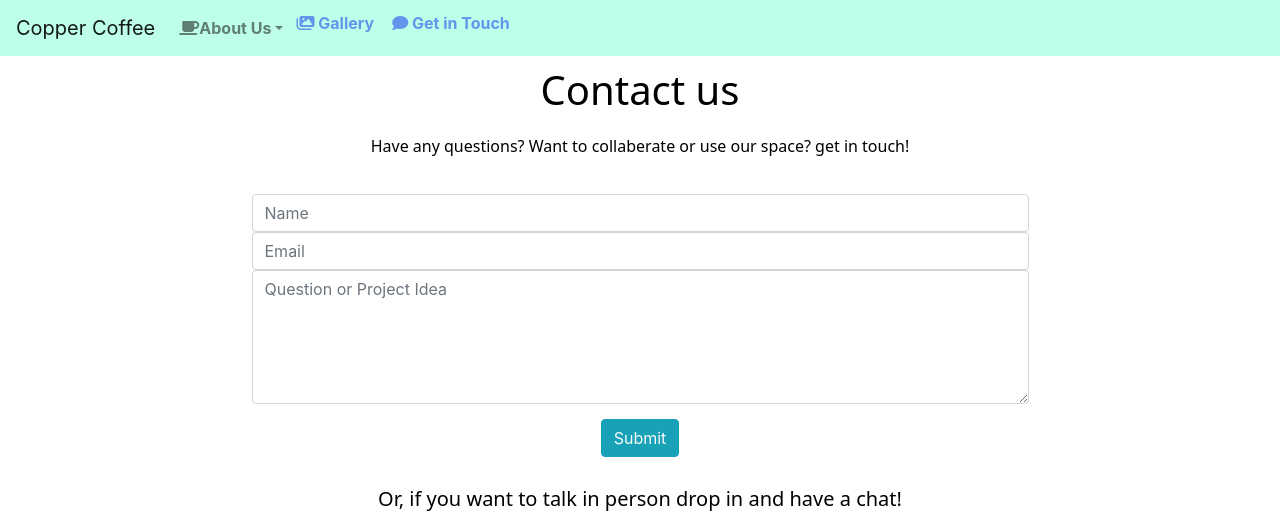
Repository: Matt-F90/milestone
Page: contact.html
The author's editor kept a record of every edit. The page is drawn from the files as they stood at one moment, then again after the next edit.
The browser window is 1280 px wide. The pictures show the part of the page from y = 0 to 521 px (the page is 1120 px tall before and 1112 px after).
Pictures or frames that could not be fetched are drawn as grey boxes. Some web libraries are served in a nearby version.

Above is the page before.
Console error: TypeError: Cannot read properties of undefined (reading 'fn')

### contact.html
<!DOCTYPE html>
<html lang="en">

<head>
    <meta charset="UTF-8">
    <meta name="viewport" content="width=device-width, initial-scale=1.0">
    <meta http-equiv="X-UA-Compatible" content="ie=edge">
    <title>Copper Coffee London</title>

    <link rel="stylesheet" href="https://stackpath.bootstrapcdn.com/bootstrap/4.1.3/css/bootstrap.min.css" integrity="sha384-MCw98/SFnGE8fJT3GXwEOngsV7Zt27NXFoaoApmYm81iuXoPkFOJwJ8ERdknLPMO" crossorigin="anonymous">
    <script src="https://stackpath.bootstrapcdn.com/bootstrap/4.1.3/js/bootstrap.min.js" integrity="sha384-ChfqqxuZUCnJSK3+MXmPNIyE6ZbWh2IMqE241rYiqJxyMiZ6OW/JmZQ5stwEULTy" crossorigin="anonymous"></script>
    <script src="https://kit.fontawesome.com/f919e2be21.js" crossorigin="anonymous"></script>
    <link href="https://fonts.googleapis.com/css?family=Noto+Sans:400,700&display=swap" rel="stylesheet">
    <link rel="stylesheet" href="css/style.css" type="text/css" />
</head>

<body>

    <!------------------------------------------------------------------------------------nav--->
    <div class="navbar-container">

        <nav class="navbar navbar-light navbar-expand-sm">
            <a href="index.html" class="navbar-brand">Copper Coffee</a>


            <button class="navbar-toggler ml-auto" type="button" data-toggle="collapse" data-target="#navbarNavDropdown" aria-controls="navbarNavDropdown" aria-expanded="false" aria-lable="toggle navigation">
           <span class="navbar-toggler-icon"></span></button>

            <div class="collapse navbar-collapse" id=navbarNavDropdown>
                <ul class="navbar-nav mr-auto">
                    <li class="nav-item dropdown">
                        <a class="nav-link dropdown-toggle" href="about.html" id="navbarDropdownMenuLink" role="button" data-toggle="dropdown" aria-haspopup="true" aria-expanded="false"><i class="fas fa-coffee"></i>About Us</a>
                        <div class="dropdown-menu" aria-labelledby="navbarDropdownMenuLink">
                            <a class="dropdown-item" href="#">Our Story</a>
                            <a class="dropdown-item" href="#">Meet the Team</a>
                            <a class="dropdown-item" href="#">Find the Store</a>
                        </div>
                    </li>
                    <li class="nav-item mr-2"><a class "nav-link" href="gallery.html"><i class="fas fa-images"></i> Gallery</a></li>
                    <li class="nav-item mr-2"><a class "nav-link" href="contact.html"><i class="fas fa-comment"></i> Get in Touch</a></li>
                </ul>
            </div>
        </nav>
    </div>

    <!---------------------------------------------------------------------------------------------div--->
    <div class="container content-container">
        <h1 class="general-sub">Contact us</h1>
        <p class="general-sub">Have any questions? Want to collaberate or use our space? get in touch!</p>
        <div class="center-form">
            <form>
                <input type="text" name="name" id="fullname" class="form-control" placeholder="Name" required />
                <input type="text" name="email" id="emailaddress" class="form-control" placeholder="Email" required />
                <textarea rows="5" name="projectsummary" id="projectsummary" placeholder="Question or Project Idea" class="form-control" required></textarea>
                <div class="form-row text-center">
                    <div class="col">
                        <button type="submit" class="btn btn-info">Submit</button>
                    </div>
                </div>
            </form>
            <div class="container map-container">
                <h5 class="general-sub">Or, if you want to talk in person drop in and have a chat!</h5>
                <div class="row">
                    <div class="col-6 col-md-6">
                        <iframe src="https://www.google.com/maps/embed?pb=!1m18!1m12!1m3!1d9931.760426840105!2d-0.07403769999998926!3d51.514314799999994!2m3!1f0!2f0!3f0!3m2!1i1024!2i768!4f13.1!3m3!1m2!1s0x0%3A0xa4742878230d11f1!2sCopper%20Coffee!5e0!3m2!1sen!2suk!4v1570699680400!5m2!1sen!2suk"
                            width="600" height="450" frameborder="0" style="border:0;" allowfullscreen=""></iframe>
                       </div>
                        <div class="col-6 col-md-6 opening-times">
                                <h5>Opening Times</h5>
                                <p>
                                    Monday 7am - 6pm
                                </p>
                                <p>
                                    Tuesday 7am - 6pm
                                </p>
                                <p>
                                    Wednesday 7am - 6pm
                                </p>
                                <p>
                                    Thursday 7am - 6pm
                                </p>
                                <p>
                                    Friday 7am - 6pm
                                </p>
                                <p>
                                    Saturday 8am - 5pm
                                </p>
                                <p>
                                    Sunday Closed
                                </p>
                            </div>
                </div>
            </div>


        </div>

        <!----------------------------------------------------------------footer------------>

        <footer class="container-fluid">
            <div id="footer-details" class="row">
                <div class="col-sm-4">
                    <h5 class="gernal-sub uppercase">copywrite</h5>
                    <p class="inline-block">
                        copywrite Copper Coffee ltd
                    </p>
                </div>
                <div class="col-sm-4">
                    <h5 class="gernal-sub uppercase">contact</h5>
                    <p class="inline-block">
                        phone:0775346829
                    </p>
                </div>
                <div class="col-sm-4">
                    <h5 class="gernal-sub uppercase">social</h5>
                    <ul class="list-inline social-links">
                        <li class="list-inline-item">
                            <a target="_blank" href="#">
                        <i class="fab fa-instagram" aria-hidden="true"></i></a>
                            <span class="sr-only">instagram</span>
                        </li>
                        <li class="list-inline-item">
                            <a target="_blank" href="#">
                        <i class="fab fa-facebook-f" aria-hidden="true"></i></a>
                            <span class="sr-only">facebook</span>
                        </li>
                        <li class="list-inline-item">
                            <a target="_blank" href="#">
                        <i class="fab fa-twitter" aria-hidden="true"></i></a>
                            <span class="sr-only">twitter</span>
                        </li>
                    </ul>
                </div>
            </div>

        </footer>

        <script src="https://code.jquery.com/jquery-3.3.1.slim.min.js" integrity="sha384-q8i/X+965DzO0rT7abK41JStQIAqVgRVzpbzo5smXKp4YfRvH+8abtTE1Pi6jizo" crossorigin="anonymous"></script>
        <script src="https://cdnjs.cloudflare.com/ajax/libs/popper.js/1.14.3/umd/popper.min.js" integrity="sha384-ZMP7rVo3mIykV+2+9J3UJ46jBk0WLaUAdn689aCwoqbBJiSnjAK/l8WvCWPIPm49" crossorigin="anonymous"></script>
        <script src="https://stackpath.bootstrapcdn.com/bootstrap/4.1.3/js/bootstrap.min.js" integrity="sha384-ChfqqxuZUCnJSK3+MXmPNIyE6ZbWh2IMqE241rYiqJxyMiZ6OW/JmZQ5stwEULTy" crossorigin="anonymous"></script>
</body>

</html>

### css/style.css
/*----navbar....*/

.navbar-contaner {
    position: absolute;
    top: 0;
    left: 0;
    padding-left: 0;
    padding-right: 0;
}

.navbar {
    margin-bottom: 0;
    border: 0;
    width: 100%;
    background-color: rgba(127, 255, 212, 0.5);
}

.navbar .navbar-toggler {
    border: 0;
}

.navbar .navbar-nav a {
    font-weight: 700;
    color: #6495ED;
    padding: 5px;
}

.navbar .navbar-nav a:hover {
    color: rgb(0, 0, 255);
    transition: 1s
}

/*----index....*/

.imgheight {
   height: 540px;
   width: 540px;
}

/*----special padding, margins text....*/

h1,
h2,
h3,
h4 {
    margin: 0;
}

.uppercase {
    text-transform: uppercase;
}

.general-sub {
    font-family: 'Noto Sans', sans-serif;
    font-weight: 300;
    color: black;
    padding: 10px;
    text-align: center;
}

.inline-block {
    display: inline-block;
}

/*----footer....*/

footer {
    background-color: rgba(127, 255, 212, 0.5);
    color: #6495ED;
    min-height: 120px;
    margin: 0;
    width: 100%
}

.social-links {
    padding-bottom: 15px;
}

.social-links li a i {
    width: 32px;
    height: 32px;
    padding: 12px 0;
    border-radius: 50%;
    font-size: 13px;
    line-height: 7px;
    text-align: center;
    color: #fafafa;
    background-color: #6495ED;
    -moz-transition: all 0.35s ease-in-out;
    -webkit-transition: all 0.35s ease-in-out;
    -o-transition: all 0.35s ease-in-out;
}

.social-links li a i:hover {
    width: 32px;
    height: 32px;
    padding: 12px 0;
    border-radius: 50%;
    font-size: 13px;
    line-height: 7px;
    text-align: center;
    color: #fafafa;
    background-color: rgb(0, 0, 255);
    -moz-transition: all 0.35s ease-in-out;
    -webkit-transition: all 0.35s ease-in-out;
    -o-transition: all 0.35s ease-in-out;
}

#footer-details {
    padding: 20px;
}

/*----contact/form....*/


.center-form {
    padding-top: 10px;
    margin: 0 auto;
    max-width: 70%;
}

button[type="submit"] {
    margin-top: 15px;
    margin-bottom: 20px;
    color: #fafafa;
}

iframe {
    width: 100% !important;
    padding-bottom: 10px;
}

.opening-times {
    position: center;
    text-align: center
}

After the next edit:
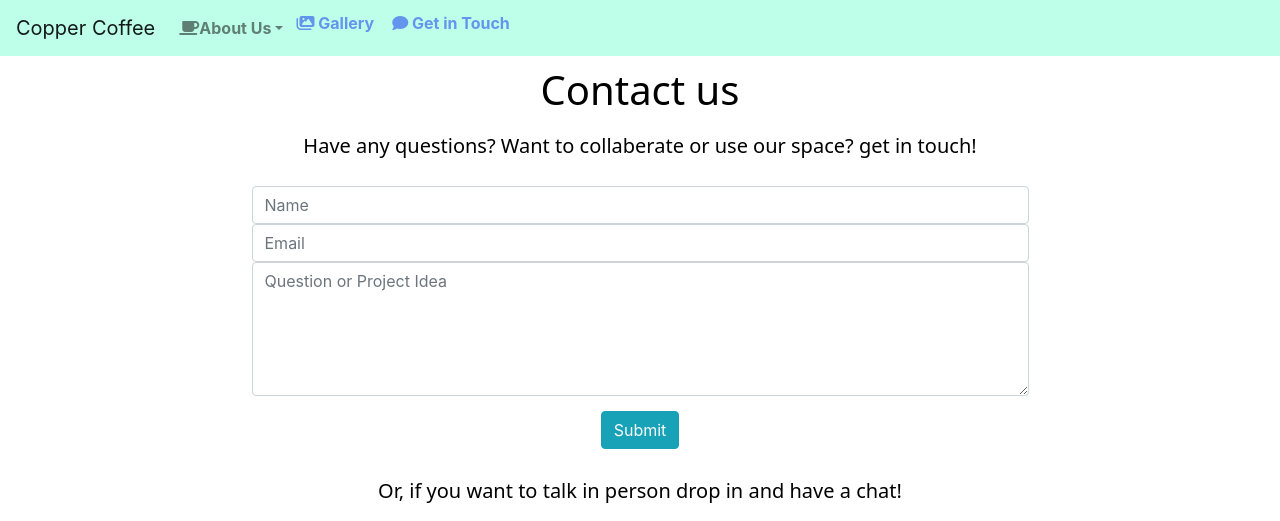
The edit:
--- a/contact.html
+++ b/contact.html
@@ -46,7 +46,7 @@
     <!---------------------------------------------------------------------------------------------div--->
     <div class="container content-container">
         <h1 class="general-sub">Contact us</h1>
-        <p class="general-sub">Have any questions? Want to collaberate or use our space? get in touch!</p>
+        <h5 class="general-sub">Have any questions? Want to collaberate or use our space? get in touch!</h5>
         <div class="center-form">
             <form>
                 <input type="text" name="name" id="fullname" class="form-control" placeholder="Name" required />
